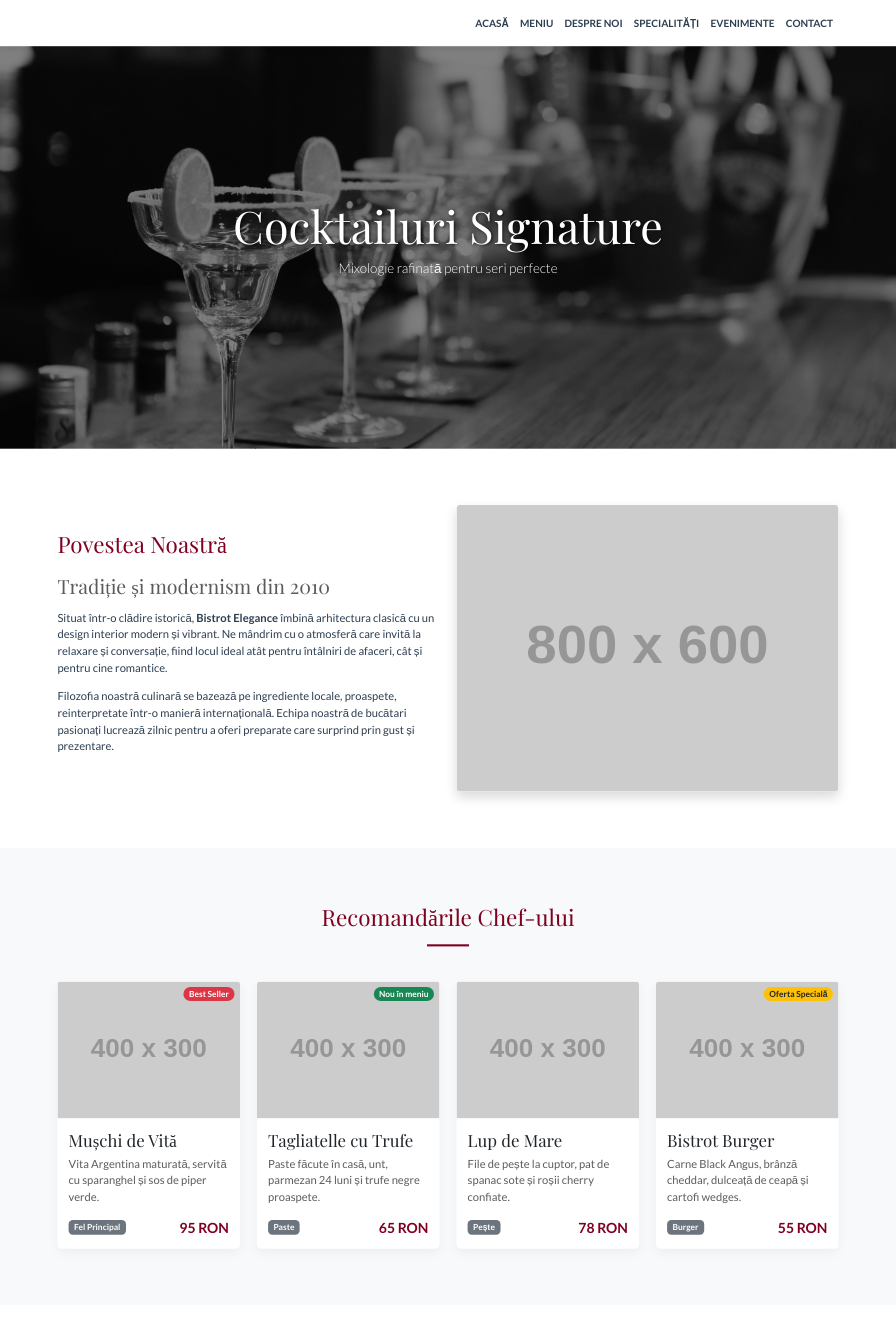
Repository: 912-Comsa-Teodora/bistrot-restaurant
Page: restaurant/index.html
The author's editor kept a copy of each file at every save. The page is drawn from the files as they stood at one save, then again after the next save.
The browser window is 1280 px wide. The pictures show the part of the page from y = 0 to 1920 px (the page is 3045 px tall), at 70% of full size.

Above is the page before, as saved 2026-01-04 21:36:02.

### restaurant/index.html
<!DOCTYPE html>
<html lang="ro">
<head>
    <meta charset="UTF-8">
    <meta name="viewport" content="width=device-width, initial-scale=1.0">
    <meta name="description" content="Cel mai bun restaurant și bar din oraș. Atmosferă unică, meniu select.">
    <meta name="author" content="Numele Tau">

    <title>Bistrot Elegance - Restaurant & Bar</title>

    <link href="https://cdn.jsdelivr.net/npm/bootstrap@5.3.0/dist/css/bootstrap.min.css" rel="stylesheet">

    <link rel="stylesheet" href="https://cdnjs.cloudflare.com/ajax/libs/font-awesome/6.4.0/css/all.min.css">

    <link href="https://fonts.googleapis.com/css2?family=Playfair+Display:wght@400;700&family=Lato:wght@300;400;700&display=swap" rel="stylesheet">

    <style>
        :root {
            --primary-color: #800020; /* Visiniu elegant stil Toulouse */
            --gold-color: #d4af37;
            --text-dark: #2c3e50;
        }

        body {
            font-family: 'Lato', sans-serif;
            color: var(--text-dark);
            padding-top: 65px; /* Pentru a nu ascunde continutul sub meniul fix */
        }

        h1, h2, h3, h4, h5 {
            font-family: 'Playfair Display', serif;
            color: var(--primary-color);
        }

        /* Navigatie */
        .navbar {
            background-color: #fff;
            box-shadow: 0 2px 10px rgba(0,0,0,0.1);
        }

        .navbar-brand img {
            max-height: 40px;
        }

        .nav-link {
            color: var(--text-dark);
            font-weight: 700;
            text-transform: uppercase;
            font-size: 0.9rem;
        }

        .nav-link:hover {
            color: var(--primary-color);
        }

        /* Carousel Custom */
        #heroCarousel .carousel-item img {
            height: 80vh; /* Inaltimea caruselului */
            object-fit: cover;
            filter: brightness(0.5); /* Intunecam putin imaginile pentru contrast text */
        }

        .carousel-caption {
            top: 50%;
            transform: translateY(-50%);
            bottom: auto;
            width: 70%;
            left: 15%;
        }

        .carousel-caption p {
            margin-top: 0;
            margin-bottom: 1.5rem;
            font-size: 1.2rem;
            font-weight: 300;
        }

        .carousel-caption h2 {
            font-size: 4rem;
            color: #fff;
            text-shadow: 2px 2px 4px rgba(0,0,0,0.6);
        }

        /* Sectiuni Generale */
        section {
            padding: 80px 0;
        }

        .bg-light-custom {
            background-color: #f8f9fa;
        }

        .section-title {
            text-align: center;
            margin-bottom: 50px;
            position: relative;
        }

        .section-title::after {
            content: '';
            display: block;
            width: 60px;
            height: 3px;
            background-color: var(--primary-color);
            margin: 20px auto;
        }

        /* Carduri Meniu */
        .card {
            border: none;
            transition: transform 0.3s;
            box-shadow: 0 5px 15px rgba(0,0,0,0.05);
        }

        .card:hover {
            transform: translateY(-5px);
        }

        .price-tag {
            font-size: 1.25rem;
            font-weight: bold;
            color: var(--primary-color);
        }

        /* Footer */
        footer {
            background-color: #1a1a1a;
            color: #fff;
            padding: 60px 0 20px;
        }

        footer h4 {
            color: var(--gold-color);
            margin-bottom: 20px;
        }

        .social-icons a {
            color: #fff;
            font-size: 1.5rem;
            margin-right: 15px;
            transition: color 0.3s;
        }

        .social-icons a:hover {
            color: var(--gold-color);
        }
    </style>
</head>
<body>

    <header id="home">
        <nav class="navbar navbar-expand-lg navbar-light fixed-top">
            <div class="container">
                <a class="navbar-brand" href="index.html">
                    <img src="./pictures/Bistrot-Elegance-Logo.png" alt="Logo Bistrot Elegance">
                </a>

                <button class="navbar-toggler" type="button" data-bs-toggle="collapse" data-bs-target="#navbarContent" aria-controls="navbarContent" aria-expanded="false" aria-label="Toggle navigation">
                    <span class="navbar-toggler-icon"></span>
                </button>

                <div class="collapse navbar-collapse" id="navbarContent">
                    <ul class="navbar-nav ms-auto mb-2 mb-lg-0">
                        <li class="nav-item">
                            <a class="nav-link" href="#home">Acasă</a>
                        </li>
                        <li class="nav-item">
                            <a class="nav-link" href="#meniu">Meniu</a>
                        </li>
                        <li class="nav-item">
                            <a class="nav-link" href="#despre">Despre Noi</a>
                        </li>
                        <li class="nav-item">
                            <a class="nav-link" href="#specialitati">Specialități</a>
                        </li>
                        <li class="nav-item">
                            <a class="nav-link" href="#evenimente">Evenimente</a>
                        </li>
                        <li class="nav-item">
                            <a class="nav-link" href="#contact">Contact</a>
                        </li>
                    </ul>
                </div>
            </div>
        </nav>
    </header>

        <div id="heroCarousel" class="carousel slide" data-bs-ride="carousel">
            <div class="carousel-inner">
                <div class="carousel-item active" data-bs-interval="4000">
                    <img src="pictures/restaurant-imagine-principala.jpg" class="d-block w-100" alt="Interior restaurant seara cu lumini ambientale">
                    <div class="carousel-caption d-none d-md-block">
                        <p>Bine ați venit la</p>
                        <h2>Bistrot Elegance</h2>
                        <p>O experiență culinară de neuitat în inima orașului</p>
                    </div>
                </div>

                <div class="carousel-item" data-bs-interval="4000">
                    <img src="pictures/cover-bauturi.jpg" class="d-block w-100" alt="Barman preparând cocktailuri signature">
                    <div class="carousel-caption d-none d-md-block">
                        <h2>Cocktailuri Signature</h2>
                        <p>Mixologie rafinată pentru seri perfecte</p>
                    </div>
                </div>

                <div class="carousel-item" data-bs-interval="4000">
                    <img src="pictures/cover-mancare.jpg" class="d-block w-100" alt="Barman preparând cocktailuri signature">
                    <div class="carousel-caption d-none d-md-block">
                        <h2>Gusturi Autentice</h2>
                        <p>Preparate create cu pasiune din ingrediente locale</p>
                    </div>
                </div>

                <div class="carousel-item" data-bs-interval="4000">
                    <img src="pictures/cover-desert.jpg" class="d-block w-100" alt="Deserturi facute in casa">
                    <div class="carousel-caption d-none d-md-block">
                        <h2>Deserturi Artizanale</h2>
                        <p>Finalul dulce perfect pentru orice masă</p>
                    </div>
                </div>
            </div>
        </div>

    <section id="despre">
        <div class="container">
            <div class="row align-items-center">
                <div class="col-lg-6 mb-4 mb-lg-0">
                    <h2 class="mb-4">Povestea Noastră</h2>
                    <h3 class="text-muted mb-3">Tradiție și modernism din 2010</h3>
                    <p>
                        Situat într-o clădire istorică, <strong>Bistrot Elegance</strong> îmbină arhitectura clasică cu un design interior modern și vibrant. Ne mândrim cu o atmosferă care invită la relaxare și conversație, fiind locul ideal atât pentru întâlniri de afaceri, cât și pentru cine romantice.
                    </p>
                    <p>
                        Filozofia noastră culinară se bazează pe ingrediente locale, proaspete, reinterpretate într-o manieră internațională. Echipa noastră de bucătari pasionați lucrează zilnic pentru a oferi preparate care surprind prin gust și prezentare.
                    </p>
                </div>
                <div class="col-lg-6">
                    <img src="https://placehold.co/800x600/eee/333?text=Interior+Local" class="img-fluid rounded shadow" alt="Fotografie cu interiorul restaurantului la ora pranzului">
                </div>
            </div>
        </div>
    </section>

    <section id="specialitati" class="bg-light-custom">
        <div class="container">
            <h2 class="section-title">Recomandările Chef-ului</h2>
            <div class="row g-4">

                <div class="col-md-6 col-lg-3">
                    <div class="card h-100">
                        <span class="position-absolute top-0 end-0 badge rounded-pill bg-danger m-2">
                            Best Seller
                        </span>
                        <img src="https://placehold.co/400x300/800020/fff?text=Vita+Argentina" class="card-img-top" alt="Friptura de vita pe gratar">
                        <div class="card-body d-flex flex-column">
                            <h4 class="card-title">Mușchi de Vită</h4>
                            <p class="card-text text-muted">Vita Argentina maturată, servită cu sparanghel și sos de piper verde.</p>
                            <div class="mt-auto d-flex justify-content-between align-items-center">
                                <span class="badge bg-secondary">Fel Principal</span>
                                <span class="price-tag">95 RON</span>
                            </div>
                        </div>
                    </div>
                </div>

                <div class="col-md-6 col-lg-3">
                    <div class="card h-100">
                         <span class="position-absolute top-0 end-0 badge rounded-pill bg-success m-2">
                            Nou în meniu
                        </span>
                        <img src="https://placehold.co/400x300/d4af37/fff?text=Paste+Trufe" class="card-img-top" alt="Paste proaspete cu trufe negre">
                        <div class="card-body d-flex flex-column">
                            <h4 class="card-title">Tagliatelle cu Trufe</h4>
                            <p class="card-text text-muted">Paste făcute în casă, unt, parmezan 24 luni și trufe negre proaspete.</p>
                            <div class="mt-auto d-flex justify-content-between align-items-center">
                                <span class="badge bg-secondary">Paste</span>
                                <span class="price-tag">65 RON</span>
                            </div>
                        </div>
                    </div>
                </div>

                <div class="col-md-6 col-lg-3">
                    <div class="card h-100">
                        <img src="https://placehold.co/400x300/2c3e50/fff?text=Lup+de+Mare" class="card-img-top" alt="File de peste cu legume">
                        <div class="card-body d-flex flex-column">
                            <h4 class="card-title">Lup de Mare</h4>
                            <p class="card-text text-muted">File de pește la cuptor, pat de spanac sote și roșii cherry confiate.</p>
                            <div class="mt-auto d-flex justify-content-between align-items-center">
                                <span class="badge bg-secondary">Pește</span>
                                <span class="price-tag">78 RON</span>
                            </div>
                        </div>
                    </div>
                </div>

                <div class="col-md-6 col-lg-3">
                    <div class="card h-100">
                        <span class="position-absolute top-0 end-0 badge rounded-pill bg-warning text-dark m-2">
                            Oferta Specială
                        </span>
                        <img src="https://placehold.co/400x300/555/fff?text=Burger+Gourmet" class="card-img-top" alt="Burger mare cu cartofi prajiti">
                        <div class="card-body d-flex flex-column">
                            <h4 class="card-title">Bistrot Burger</h4>
                            <p class="card-text text-muted">Carne Black Angus, brânză cheddar, dulceață de ceapă și cartofi wedges.</p>
                            <div class="mt-auto d-flex justify-content-between align-items-center">
                                <span class="badge bg-secondary">Burger</span>
                                <span class="price-tag">55 RON</span>
                            </div>
                        </div>
                    </div>
                </div>

            </div>
        </div>
    </section>

    <section id="evenimente">
        <div class="container">
            <h2 class="section-title">Evenimente & Atmosferă</h2>
            <div class="row">
                <div class="col-lg-4 mb-4">
                    <h3>Muzică Live & Seri Tematice</h3>
                    <p>În fiecare seară de vineri și sâmbătă, atmosfera este întreținută de artiști locali de jazz și pian.</p>
                    <p>Organizam degustări de vinuri în fiecare ultimă joi din lună. Vă așteptăm să descoperiți soiuri premiate alături de somelierul nostru.</p>
                    <div class="alert alert-info mt-3" role="alert">
                        <strong>Rezervare necesară!</strong> Locurile sunt limitate pentru serile de muzică live.
                    </div>
                </div>

                <div class="col-lg-4 col-md-6 mb-4">
                    <img src="https://placehold.co/400x300/333/fff?text=Concert+Jazz" class="img-fluid rounded mb-4 w-100" alt="Formatie de jazz cantand live">
                    <img src="https://placehold.co/400x300/555/fff?text=Degustare+Vin" class="img-fluid rounded w-100" alt="Pahare de vin pe masa">
                </div>

                <div class="col-lg-4 col-md-6">
                    <img src="https://placehold.co/400x650/800020/fff?text=Petrecere+Privata" class="img-fluid rounded h-100 w-100" style="object-fit: cover;" alt="Grup de oameni la o masa festiva">
                </div>
            </div>
        </div>
    </section>

    <footer id="contact">
        <div class="container">
            <div class="row">
                <div class="col-md-4 mb-4">
                    <h4>Contact</h4>
                    <p><i class="fas fa-map-marker-alt me-2"></i> Strada Principală Nr. 10, Cluj-Napoca</p>
                    <p><i class="fas fa-phone me-2"></i> +40 722 123 456</p>
                    <p><i class="fas fa-envelope me-2"></i> contact@bistrotelegance.ro</p>
                </div>

                <div class="col-md-4 mb-4">
                    <h4>Program</h4>
                    <p>Luni - Joi: 10:00 - 23:00</p>
                    <p>Vineri - Sâmbătă: 10:00 - 02:00</p>
                    <p>Duminică: 12:00 - 23:00</p>
                </div>

                <div class="col-md-4 mb-4 text-md-end text-start">
                    <h4>Urmărește-ne</h4>
                    <div class="social-icons">
                        <a href="#" aria-label="Facebook"><i class="fab fa-facebook-f"></i></a>
                        <a href="#" aria-label="Instagram"><i class="fab fa-instagram"></i></a>
                        <a href="#" aria-label="TripAdvisor"><i class="fab fa-tripadvisor"></i></a>
                    </div>
                </div>
            </div>

            <hr class="bg-light">

            <div class="row">
                <div class="col-12 text-center">
                    <p class="small mb-0">&copy; 2023 Bistrot Elegance. Toate drepturile rezervate.</p>
                </div>
            </div>
        </div>
    </footer>

    <script src="https://cdn.jsdelivr.net/npm/bootstrap@5.3.0/dist/js/bootstrap.bundle.min.js"></script>
</body>
</html>

After the next save:
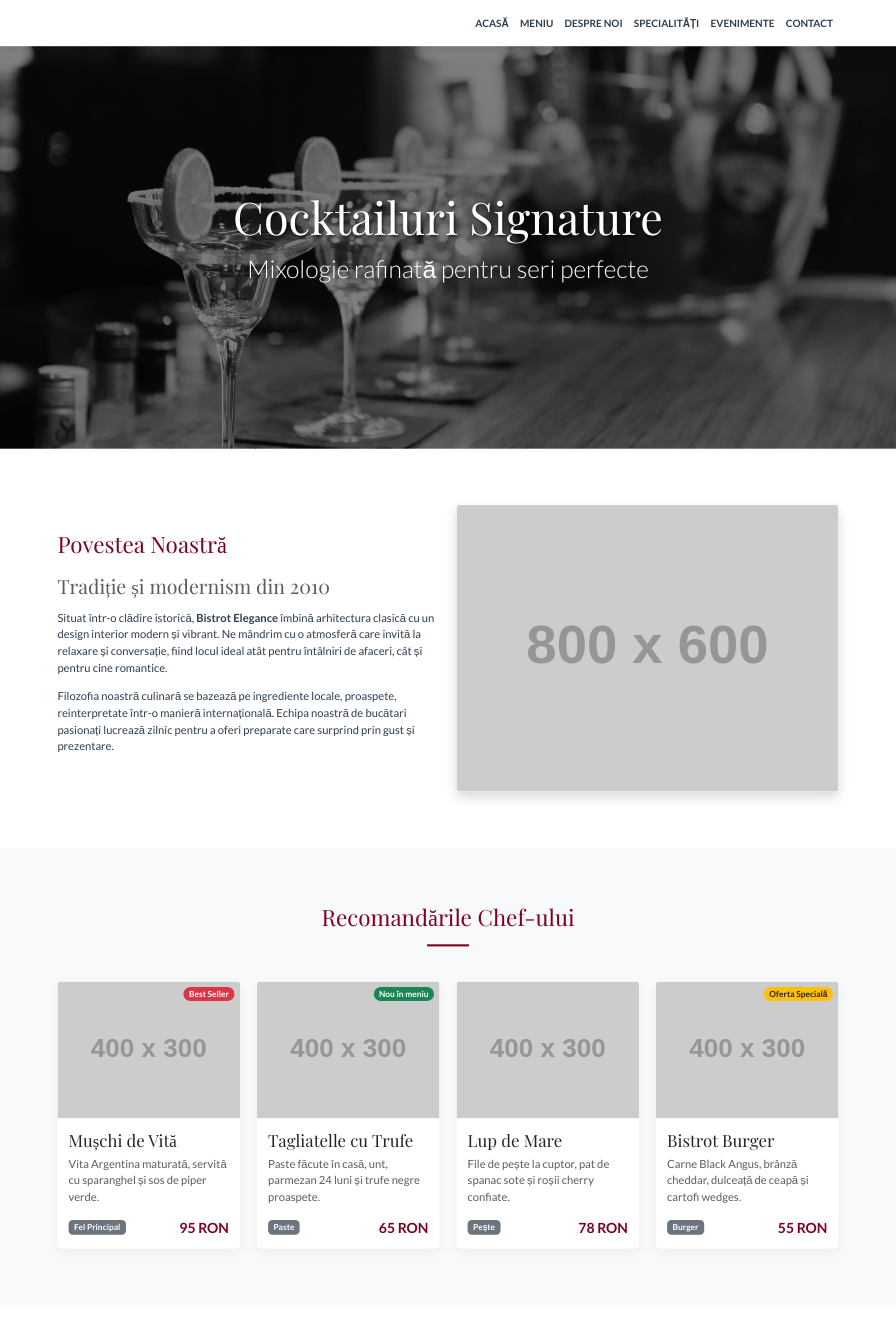
Saved 7 s later.
--- a/restaurant/index.html
+++ b/restaurant/index.html
@@ -71,7 +71,7 @@
         .carousel-caption p {
             margin-top: 0;
             margin-bottom: 1.5rem;
-            font-size: 1.2rem;
+            font-size: 2.2rem;
             font-weight: 300;
         }
 

After the save that followed:
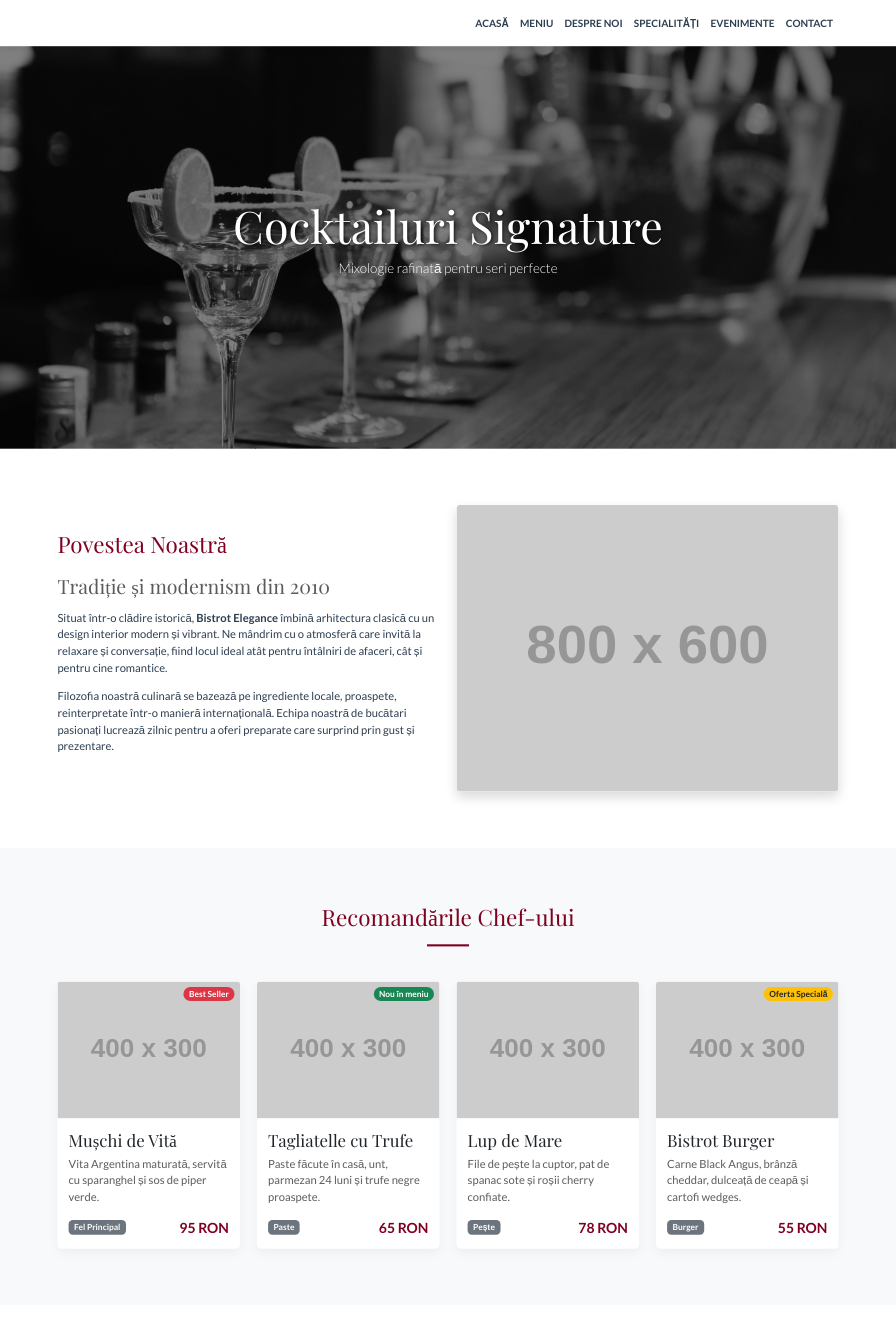
Saved 5 s later.
--- a/restaurant/index.html
+++ b/restaurant/index.html
@@ -71,7 +71,7 @@
         .carousel-caption p {
             margin-top: 0;
             margin-bottom: 1.5rem;
-            font-size: 2.2rem;
+            font-size: 1.2rem;
             font-weight: 300;
         }
 
